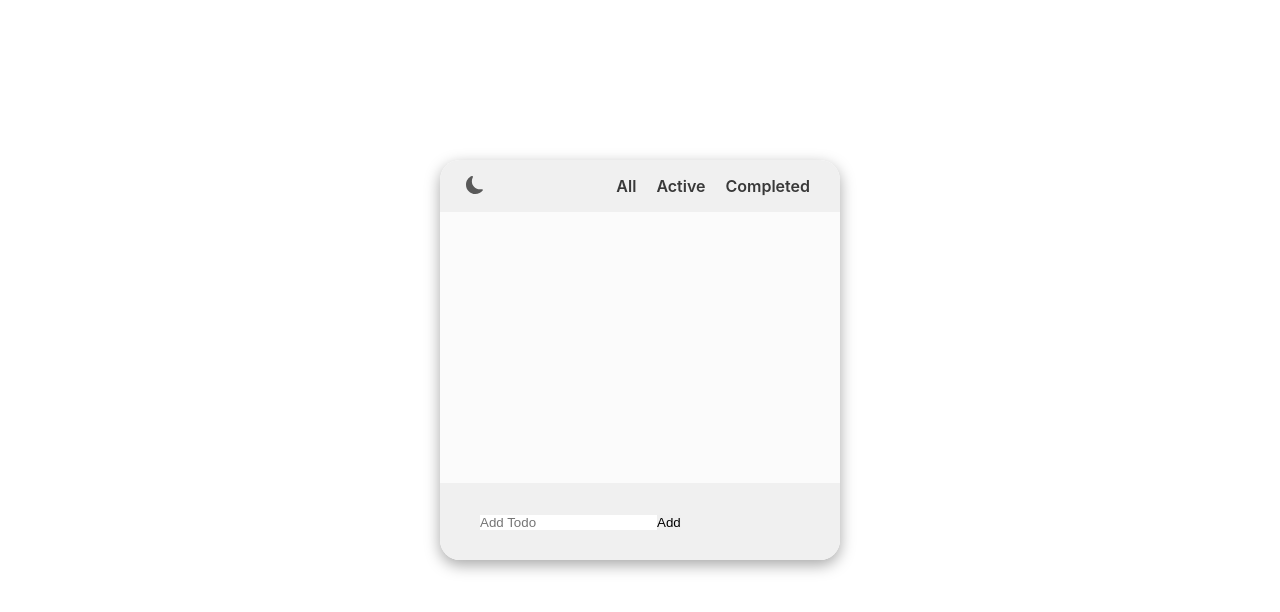
Repository: momo0170/react_todolist
Page: /
An editor plug-in stored every save of this project. The page is shown before and after the next save, followed by the edit.
The browser window is 1280 px wide. The pictures show the whole page.
The project was rebuilt for these pictures with package versions that can differ from the ones it lists, and the page was loaded fresh each time. Also part of the build but not shown: src/css/Todo.module.css, src/components/Todo.jsx.

Above is the page before, as saved 2022-11-02 12:58:50.

After the next save:
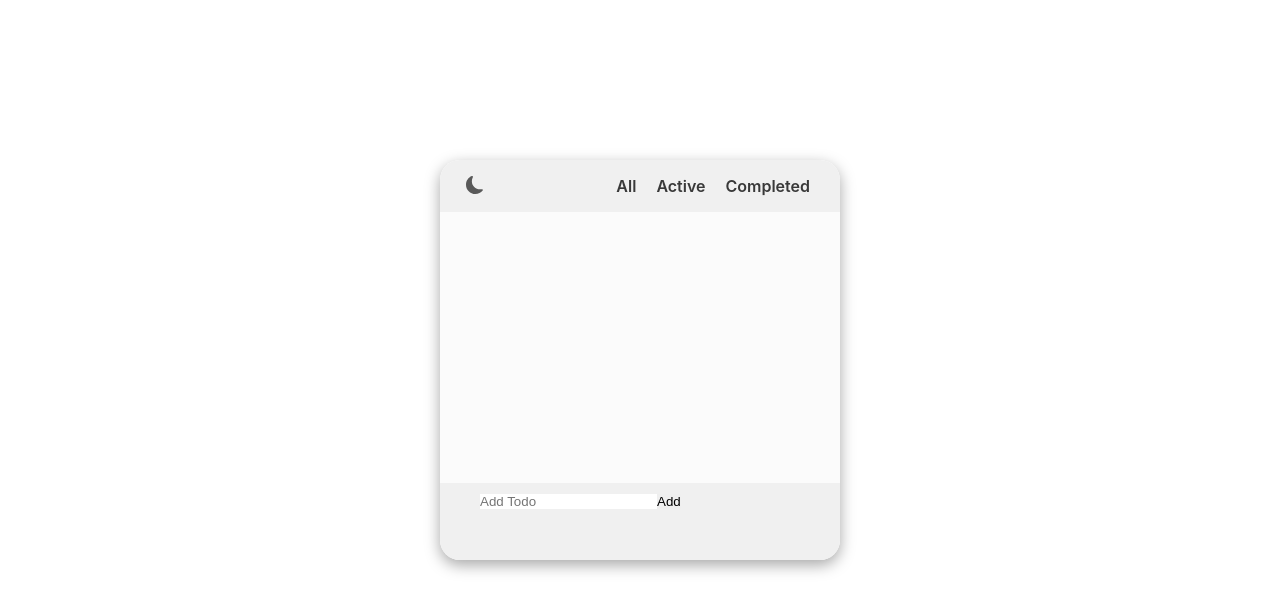
Saved 18 s later.
--- a/src/App.module.css
+++ b/src/App.module.css
@@ -45,6 +45,7 @@
 }
 .form {
   width: 80%;
+  height: 80%;
 }
 .input {
   border: 0;
